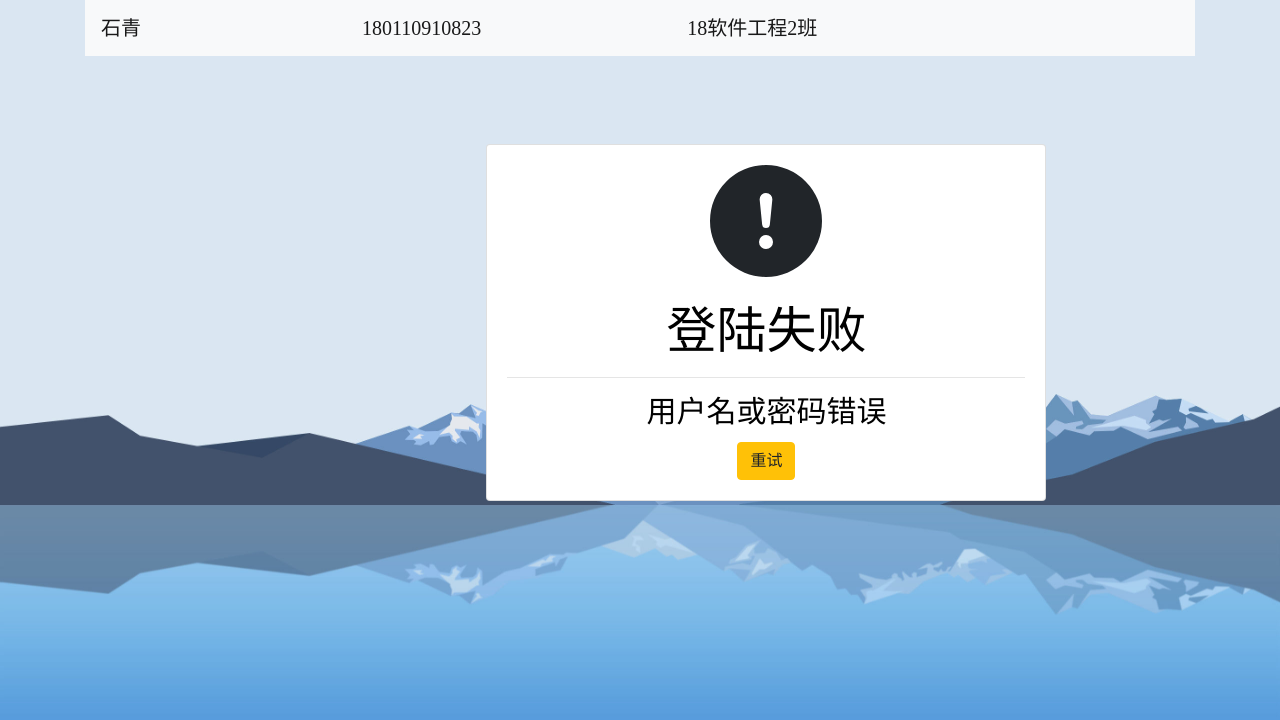
Repository: sqsssq/JavaWeb
Page: class1/IDEA/web/failure.html
An editor plug-in stored every save of this project. The page is shown before and after the next save, followed by the edit.
The browser window is 1280 px wide. The pictures show the whole page.

Above is the page before, as saved 2020-09-25 01:03:53.

After the next save:
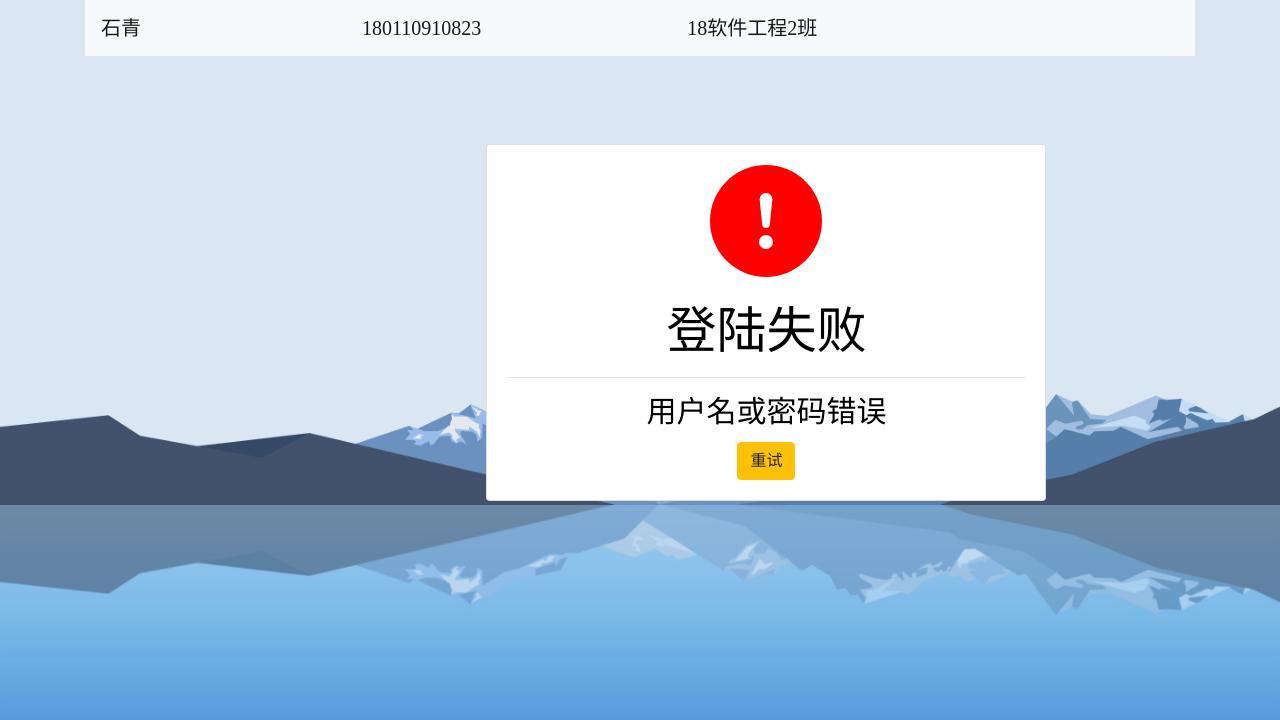
Saved 8 s later.
--- a/class1/IDEA/web/failure.html
+++ b/class1/IDEA/web/failure.html
@@ -1,7 +1,7 @@
 <!--
  * @Author: your name
  * @Date: 2020-09-23 10:46:47
- * @LastEditTime: 2020-09-25 01:03:53
+ * @LastEditTime: 2020-09-25 01:04:01
  * @LastEditors: Please set LastEditors
  * @Description: In User Settings Edit
  * @FilePath: \IDEA\web\successful.html
@@ -63,7 +63,7 @@
                         <path fill-rule="evenodd"
                             d="M16 8A8 8 0 1 1 0 8a8 8 0 0 1 16 0zm-3.97-3.03a.75.75 0 0 0-1.08.022L7.477 9.417 5.384 7.323a.75.75 0 0 0-1.06 1.06L6.97 11.03a.75.75 0 0 0 1.079-.02l3.992-4.99a.75.75 0 0 0-.01-1.05z" />
                     </svg> -->
-                    <svg width="7em" height="7em" viewBox="0 0 16 16" class="bi bi-exclamation-circle-fill" fill="currentColor" xmlns="http://www.w3.org/2000/svg">
+                    <svg width="7em" height="7em" viewBox="0 0 16 16" class="bi bi-exclamation-circle-fill" fill="red" xmlns="http://www.w3.org/2000/svg">
                         <path fill-rule="evenodd" d="M16 8A8 8 0 1 1 0 8a8 8 0 0 1 16 0zM8 4a.905.905 0 0 0-.9.995l.35 3.507a.552.552 0 0 0 1.1 0l.35-3.507A.905.905 0 0 0 8 4zm.002 6a1 1 0 1 0 0 2 1 1 0 0 0 0-2z"/>
                       </svg>
                     <br> <br>
